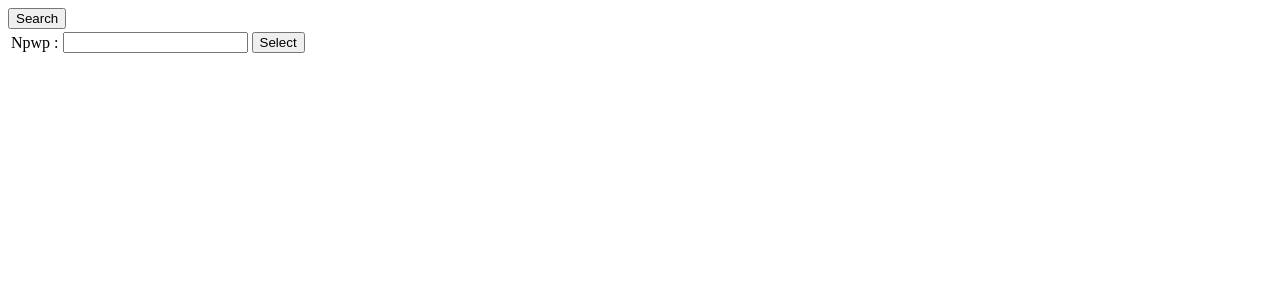
Repository: emriti/jose-jwt
Page: WebClient/WebContent/lookups/npwp/lookup-npwp.html
These files come from the project's save history. The page is drawn as it stood at one moment and after the next save; the edit follows.
The browser window is 1280 px wide. The pictures show the whole page.

Above is the page before, as saved 2016-09-19 12:59:18.

After the next save:
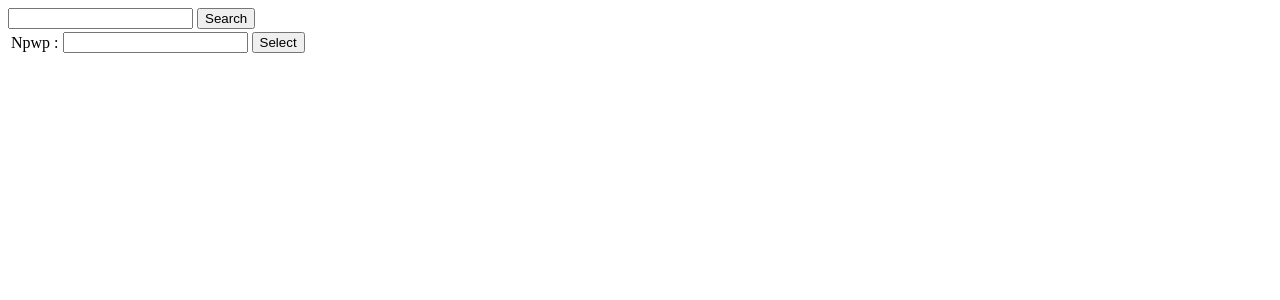
Saved 71 s later.
--- a/WebClient/WebContent/lookups/npwp/lookup-npwp.html
+++ b/WebClient/WebContent/lookups/npwp/lookup-npwp.html
@@ -1,3 +1,5 @@
+<input type="text" ng-model="$ctrl.npwp"></input>
+
 <button type="button" ng-click="$ctrl.open()" data-toggle="modal"
 	data-target="#npwpModal">Search</button>
 
